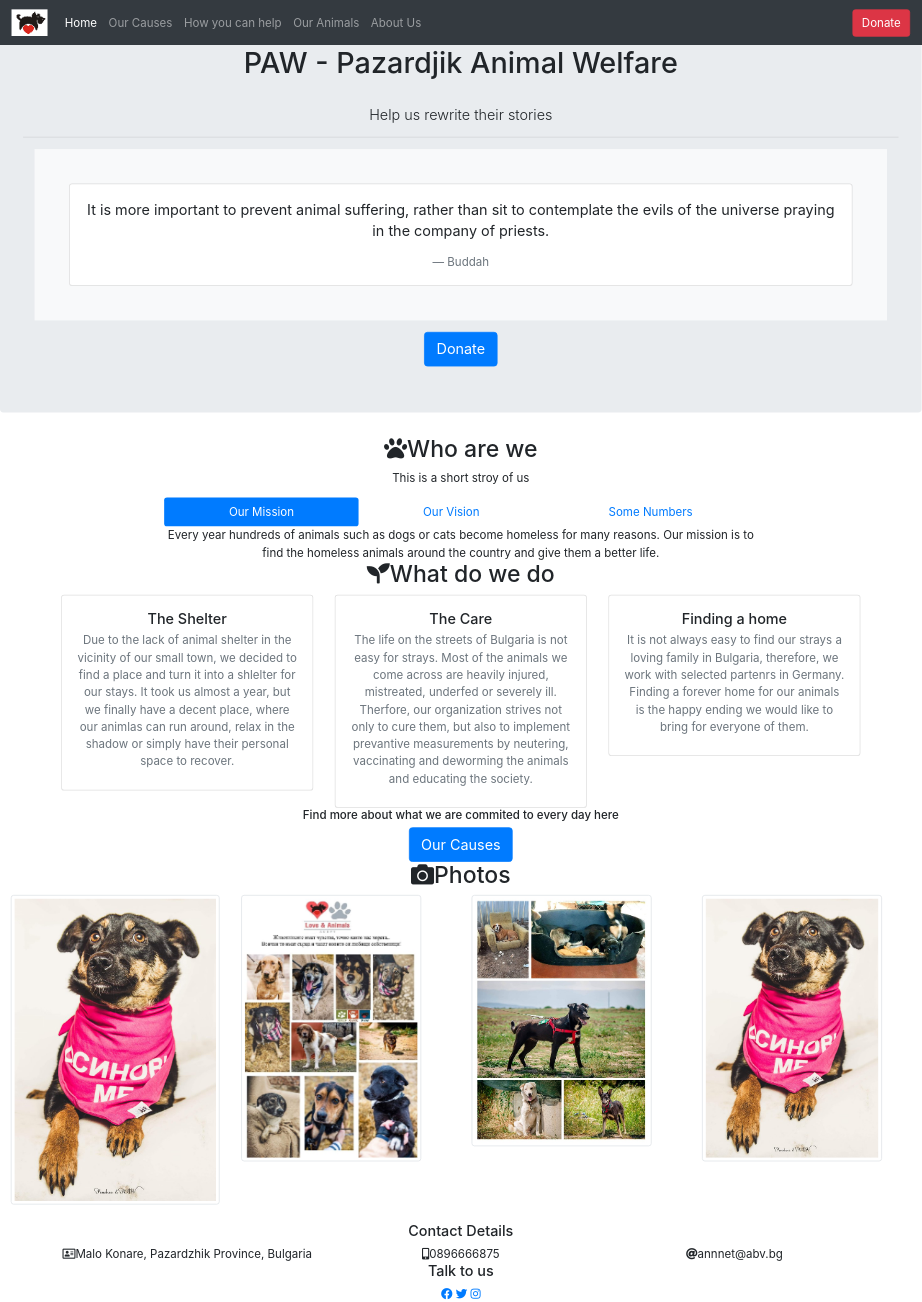
Repository: Naity17/PAW-first-website
Page: index.html
The author's editor kept a record of every edit. The page is drawn from the files as they stood at one moment, then again after the next edit.
The browser window is 1280 px wide. The pictures show the whole page, at 72% of full size.
Some web libraries are served in a nearby version.

Above is the page before.
Console error: TypeError: Cannot read properties of undefined (reading 'fn')

After the next edit:
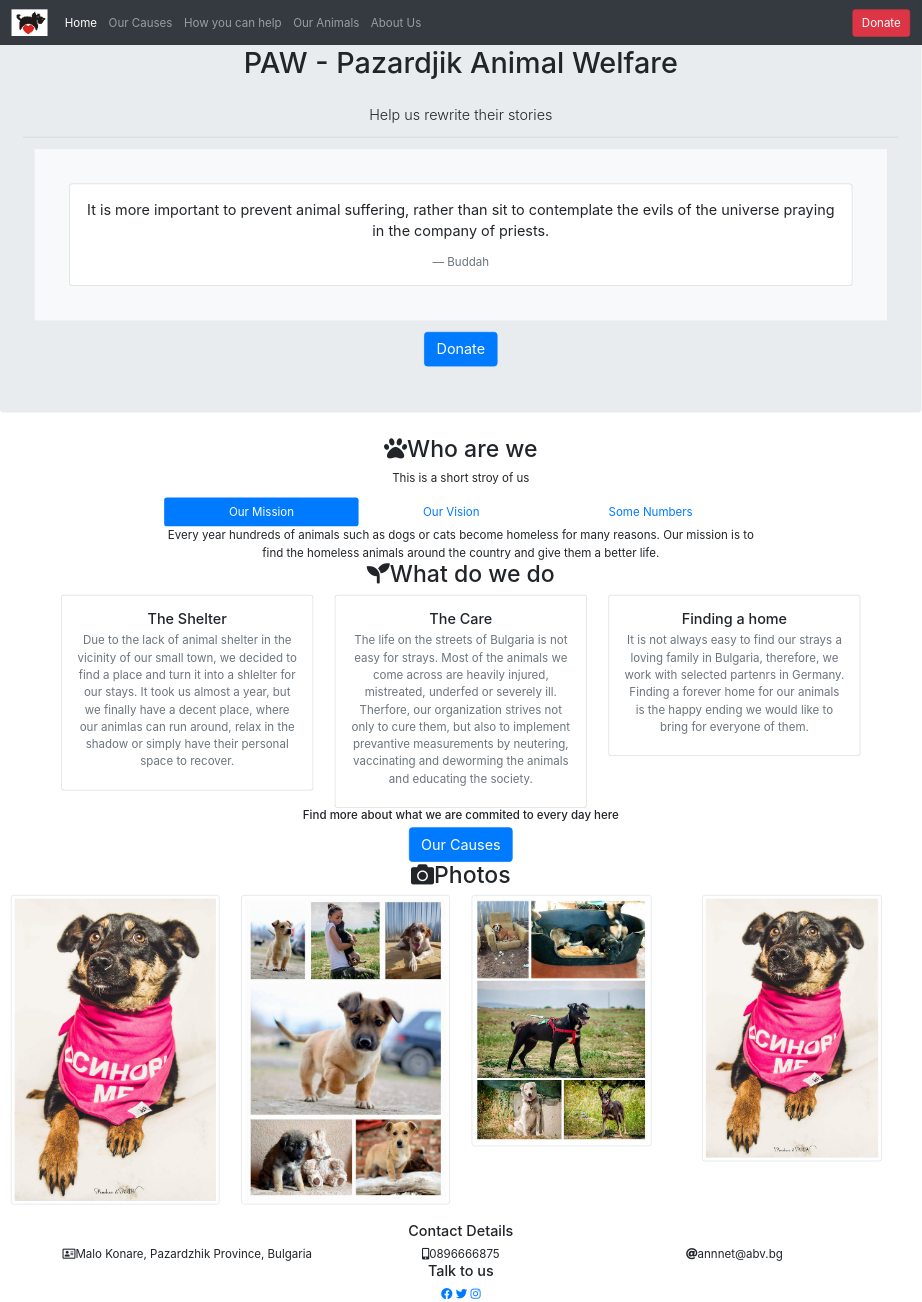
The edit:
--- a/index.html
+++ b/index.html
@@ -206,7 +206,7 @@
                         <!-- Modal: Image 2 -->
                         <div class="col-6 col-md-3">
                             <a class="d-block mb-4 h-100">
-                            <img class="img-fluid img-hover img-thumbnail" src="assets/images/general/carousel-2.jpg" data-toggle="modal" data-target="#Image2" alt="...">
+                            <img class="img-fluid img-hover img-thumbnail" src="assets/images/general/about-us-2.jpg" data-toggle="modal" data-target="#Image2" alt="...">
                         </a>
                             <!-- Modal Content -->
                             <div class="modal fade" id="Image2" tabindex="-1" role="dialog" aria-hidden="true">
